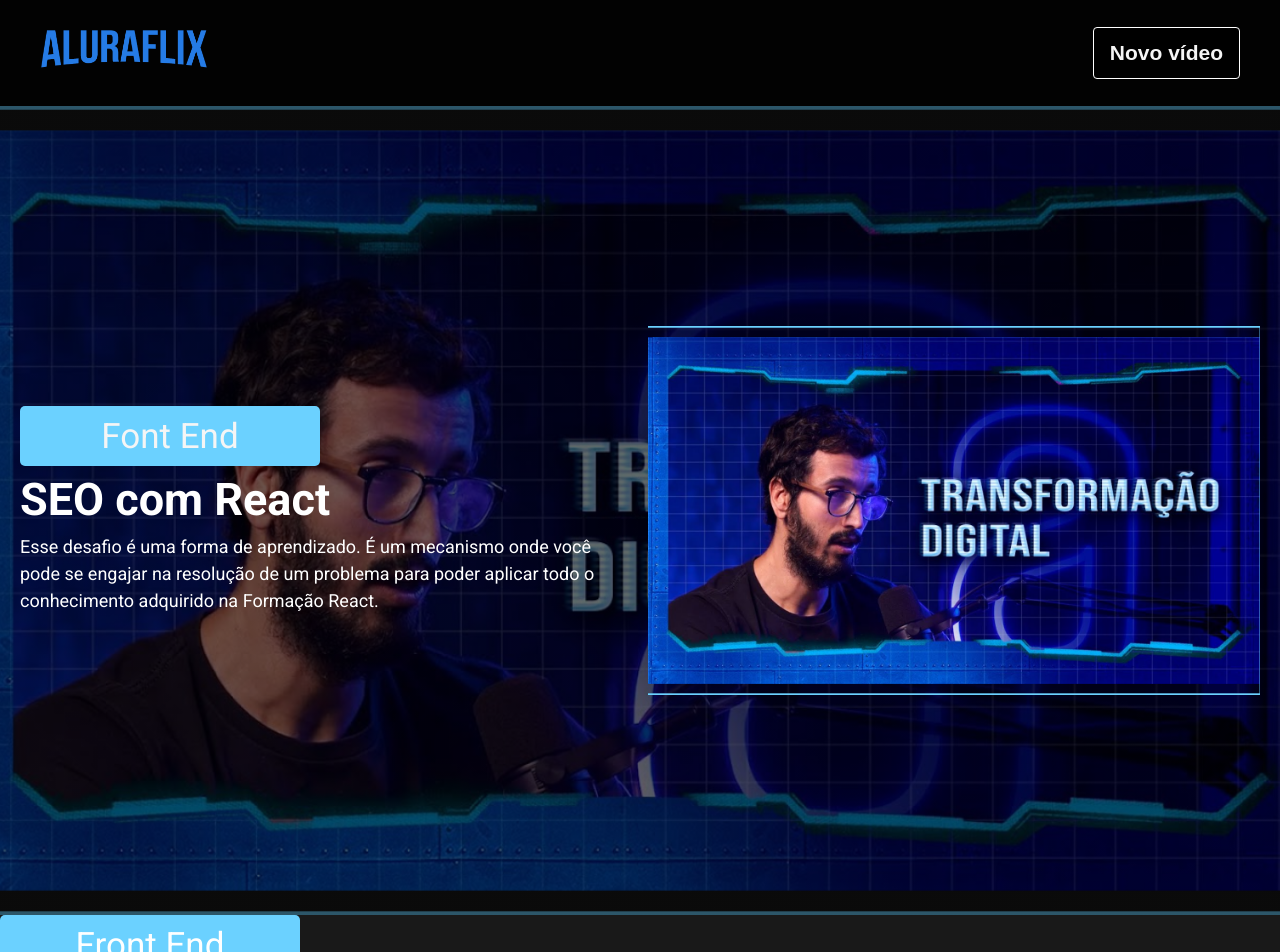
Repository: CarlosEduardoVdeOliveira/aluraflix
Page: /
The author's editor kept a copy of each file at every save. The page is drawn from the files as they stood at one save, then again after the next save.
The browser window is 1280 px wide. The pictures show the part of the page from y = 0 to 952 px (the page is 2961 px tall).
The project was rebuilt for these pictures with package versions that can differ from the ones it lists, and the page was loaded fresh each time. Also part of the build but not shown: vite.config.js, src/components/Input/Input.module.css, src/components/Input/index.jsx, src/components/TextArea/TextArea.module.css, src/components/TextArea/index.jsx, src/pages/RegisterVideo/Register.module.css, src/pages/RegisterVideo/index.jsx, src/components/Table/Table.module.css and 3 more.

Above is the page before, as saved 2023-09-26 10:22:41.

After the next save:
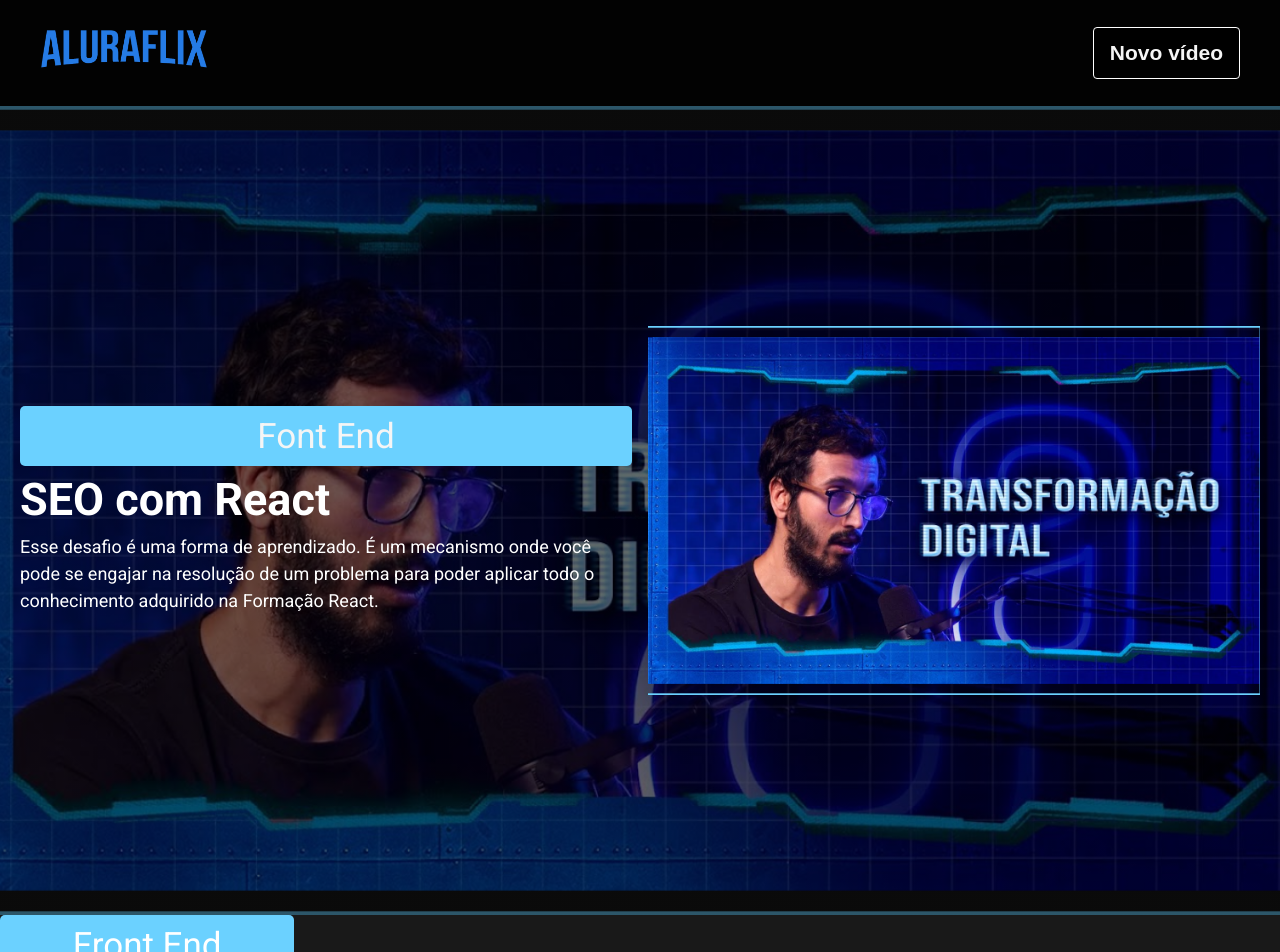
Saved 14 s later.
--- a/src/components/TitleCategory/TitleCategory.module.css
+++ b/src/components/TitleCategory/TitleCategory.module.css
@@ -1,5 +1,5 @@
 .container{
-  width: 300px;
+  width: auto;
   height: 60px;
   padding: 5px;
   text-align: center;
